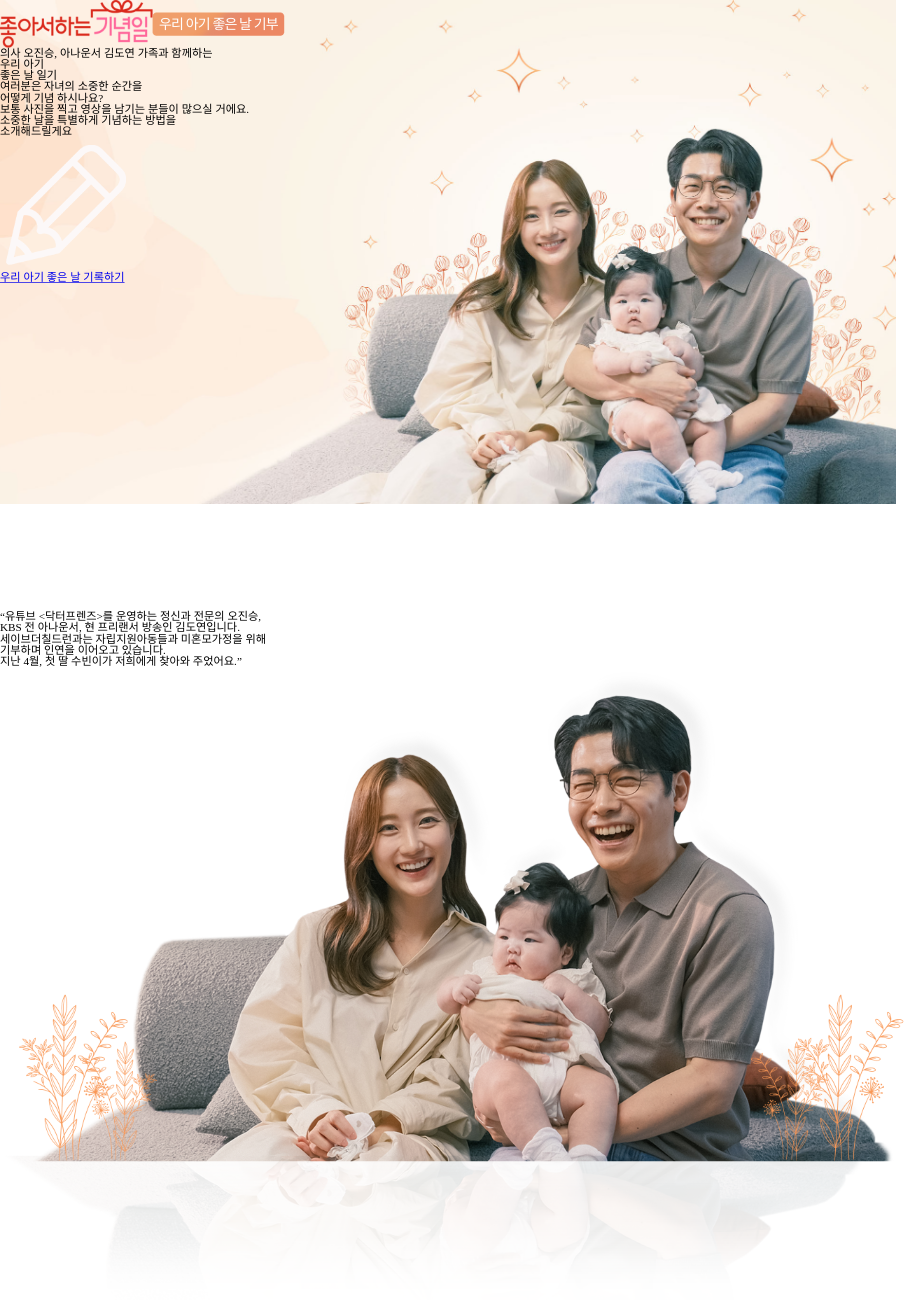
Repository: dlgywls1130/saveTheChildren
Page: index.html
An editor plug-in stored every save of this project. The page is shown before and after the next save, followed by the edit.
The browser window is 1280 px wide. The page is 1293 px wide, so the pictures cover 1293 px, including what lies to the right of the window. The pictures show the part of the page from y = 0 to 1880 px (the page is 9315 px tall), at 70% of full size.
The style sheet was rebuilt from its Sass, Less or Tailwind sources for each picture, by a compiler version that may differ from the author's.

Above is the page before, as saved 2024-11-01 19:17:32.

### index.html
<!DOCTYPE html>
<html lang="en">
<head>
    <meta charset="UTF-8">
    <meta name="viewport" content="width=device-width, initial-scale=1.0">
    <title>Document</title>

    <link rel="stylesheet" href="./css/common.css">
</head>
<body>

    <!-- main -->
    <section class="main_container">
        <div class="container">
            <div class="logo_title">
                <img src="./images/logo.png" alt="logo">
                <p>우리 아기 좋은 날 기부</p>
            </div>

            <p class="sub_title">
                의사 오진승, 아나운서 김도연 가족과 함께하는
            </p>

            <h2>우리 아기<br>좋은 날 일기</h2>

            <p class="sub_span_text">
                여러분은 자녀의 소중한 순간을<br>
                어떻게 기념 하시나요?
            </p>

            <p class="sub_descript">
                보통 사진을 찍고 영상을 남기는 분들이 많으실 거에요. <br>
                <span>소중한 날을 특별하게 기념하는 방법</span>을<br>
                소개해드릴게요
            </p>

            <a href="#" class="record_btn">
                <img src="/images/pencle.png" alt="pencle">
                <p>우리 아기 좋은 날 기록하기</p>
            </a>
        </div>
    </section>

    <!-- 스토리섹션 -->

    <section class="story_section">
        <div class="container">

            <!-- 영상 -->
            <video></video>

            <div class="story_01">
                <p class="s01">
                    “유튜브 <닥터프렌즈>를 운영하는 정신과 전문의 오진승,
                    <br>KBS 전 아나운서, 현 프리랜서 방송인 김도연입니다.
                </p>

                <p class="s01_1">
                    세이브더칠드런과는 자립지원아동들과 미혼모가정을 위해
                    <br>기부하며 인연을 이어오고 있습니다.
                </p>

                <p class="s01_2">
                    지난 4월, 첫 딸 수빈이가 저희에게 찾아와 주었어요.”
                </p>

                <img src="/images/s1_1.png" alt="story">
            </div>


            <div class="story_02">
                <div class="story02_01">
                    <div class="story_image">
                        <img src="/images/s2_1.png" alt="stroy">
                    </div>
                    <div class="story_text-contain">
                        <p class="story_text_01">
                            아이가 태어나고 많은 것이 바뀌었습니다.
                        </p>
                        <p class="story_text_02">
                            사실 저는 아이를 좋아하는 편은 아니었어요.
                            하지만 낳고 처음 마주하는 순간, 생각했어요.
                        </p>
                        <p class="story_text_03">
                            ‘천년의 사랑이 시작되었다.’
                        </p>

                        <p class="story_text_04">
                            지금은 힘들어도 아이 얼굴만 보면 웃음이 나와요.
                        </p>
                    </div>


                </div>
            </div>

            <div class="story_03">
                <div class="story03_01">
                    <div class="story_text-contain">
                        <p class="story_text_01">
                            자신의 자녀를 볼 때 나오는
                            <br>도파민의 양이
                            <br>마음에 드는 이성을 보았을 때
                            <br>나오는 도파민 양의 10배나 된대요.
                        </p>
                        <p class="story_text_02">
                            저는 현재에 안주하며 사는 편이었는데,
                            <br>딸이 태어난 후부터 삶에 대해 더 고민하며
                            <br>잘하려고 노력하게 되더라구요.
                        </p>
                        <p class="story_text_03">
                            아이가 삶의 원동력이 된 셈이죠.
                        </p>

                    </div>

                    <div class="story_image">
                        <img src="/images/s3_1.png" alt="stroy">
                    </div>



                </div>
            </div>

            <div class="story_04">
                <div class="story04_01">

                    <div class="story_image">
                        <img src="/images/s4_1.png" alt="stroy">
                    </div>

                    <div class="story_text-contain">
                        <p class="story_text_01">
                            요즘은 수빈이와 함께
                            <br>놀이터 갈 날을
                            <br>손꼽아 기다리고 있어요.
                        </p>
                        <p class="story_text_02">
                            아직 말귀도 못 알아듣는 아이한테
                            <br>“너 언제 커서 아빠랑 놀이터 갈래?”
                            <br>묻고는 하죠.
                        </p>

                    </div>

                </div>

                <div class="story04_02">

                    <div class="story_text-contain">
                        <p class="story_text_01">
                            한편으로는 아이를 정신없이 키우다 보니
                            <br>탄생의 순간이 희미해지고 있었어요.
                        </p>
                        <p class="story_text_02">
                            우리 아기 좋은 날 캠페인에 참여해서
                            <br>직접 <span>기념일 이야기를 담은 후원감사증서</span>를 받아보니,
                            <br>그때 생각이 나서 너무 좋았어요.
                        </p>

                    </div>

                    <div class="story_image">
                        <img src="/images/s4_2.png" alt="stroy">
                    </div>

                </div>
            </div>

            <div class="story_05">
                <div class="story_05_01">
                    <div class="img_story">
                        <img src="/images/s5_1.png">
                    </div>
                    <div class="story_text">
                        “아이가 건강하게 발달단계를 해내는
                        <br>소중한 순간에 기부를 하면
                        <br>수빈이가 더 건강하고,행복하게
                        <br>자라게 되지 않을까요?
                        <br>
                        <br>소중한 순간마다 기부하고
                        <br>앨범처럼 남겨서 보여주면
                        <br>자랑스러운 부모가 될 것 같아요”
                    </div>
                </div>

                <div class="story_05_02">

                    <div class="story_text">
                        “저는 칭찬 받거나 스스로에게 자부심을
                        <br>느낀 순간은 오래 기억된다고 생각해요.
                        <br>
                        <br>내 아이에게 ‘네가 첫 양치질을 잘 해낸
                        <br>기념으로  다른 친구를 도왔어.’ 라고
                        <br>말해준다면 그 뿌듯함을 밑거름으로
                        <br>자기 자신과 다른 사람 모두 사랑할 수 있는
                        <br>아이로 성장하지 않을까요?”
                    </div>

                    <div class="img_story">
                        <img src="/images/s5_2.png">
                    </div>

                </div>


                <div class="middle_cotain">
                    <p>첫 걸음마, 첫돌, 처음 엄마 아빠를 부른 날, 처음 비를 맞아본 날,
                    처음 놀이터에 간 날, 그 소중한 순간을 기부로 기록해 보세요.</p>

                    <p>후원해주신 모든 분들께 직접 작성한 기념일 이야기가 담긴 <span>후원감사증서</span>를 드리며,
                    30만원 이상 후원해 주신 분들께는 이름을 수놓은 <span>순면거즈블랭킷</span>을 증정하고 있습니다. </p>

                    <div class="middle_image">
                        <div class="middel_left">
                            <img src="/images/s6_1.png">
                        </div>
                        <div class="middel_right">
                            <img src="/images/s6_2.png">
                        </div>

                        <img src="" class="float_image">
                    </div>


                    <a href="#" class="record_btn">
                        <img src="/images/pencle.png" alt="pencle">
                        <p>우리 아기 좋은 날 기록하기</p>
                    </a>
                </div>



            </div>

        </div>


    </section>

    <!-- 후원신청 과정 -->

    <section class="sponsor_section">
        <div class="container">

            <div class="sponsor-container">
                <h2>후원신청 과정</h2>

                <div class="sponsor_list">
                    <div class="sponsor_list_inner">
                        <div class="list-inner-img">
                            <img src="">
                        </div>
                        <p>후원신청하기</p>

                    </div>
                    <span class="arrow-img"><img src=""></span>
                    <div class="sponsor_list_inner">
                        <div class="list-inner-img">
                            <img src="">
                        </div>
                        <p>후원감사증서<br>메시지 적기</p>

                    </div>
                    <span class="arrow-img"><img src=""></span>
                    <div class="sponsor_list_inner">
                        <div class="list-inner-img">
                            <img src="">
                        </div>
                        <p>신청완료</p>

                    </div>
                    <span class="arrow-img"><img src=""></span>
                    <div class="sponsor_list_inner">
                        <div class="list-inner-img">
                            <img src="">
                        </div>
                        <p>후원감사증서 발송<br>(1주일이내)</p>

                    </div>
                </div>

                <p class="info-span">30만원 이상 후원자 분들께는 순면거즈블랭킷 제작을 위한 문자가 별도 발송됩니다. (후원 2-3일 이내)</p>
            </div>


            <div class="sponsor-inner">
                <h2>후원금, 이렇게 쓰여요!</h2>

                <p>
                    세이브더칠드런은 국내외 아동을 대상으로
                    생계지원, 의료지원,  영유아용품지원, 재해재난 상황에서의
                    긴급구호 등의 활동을 진행하고 있습니다.

                    보내주신 후원금은 정치, 종교, 인종에 관계없이
                    모든 아이들을 구해야 한다는  세이브더칠드런의 신념에 따라
                    가장 도움 필요한 아이를 위해 우선 사용됩니다.

                </p>

                <img src="/images/baby.png">
            </div>
        </div>

    </section>

    <!-- faq -->
    <section class="faq_section">
        <div class="container">
            <h2>FAQ</h2>

            <ul class="faq_list">
                <li>
                    <div class="faq_question">
                        <img src="/images/leaves.png">
                        <p>30만원 이상 후원했습니다. 거즈 순면 블랭킷은 언제 오나요?</p>
                    </div>
                    <div class="faq_answer">
                        우리 아기 좋은 날 기부로 30만원 이상 후원자님들께는 담요에 수놓을 아기 이름과 선물 수령 주소
                        확인을 위한 문자가 발송됩니다. 02-6900-4479로 발송되는 문자 속 설문조사에 답해주세요.
                        확인을 완료하신 분들께는 블랭킷 제작을 담당하고 있는 조니 스튜디오에서 아기 이름 자수
                        작업 완료 후 배송해 드립니다.

                    </div>
                </li>
                <li>
                    <div class="faq_question">
                        <img src="/images/leaves.png">
                        <p>순면 거즈 블랭킷, 안전한 제품인가요? </p>
                    </div>
                    <div class="faq_answer">
                        본 블랭킷은 워싱된 3중 거즈로 제작되었으며, KC안전검사를 완료하였습니다.
                        소재 특성상 섬유 조각이 발생할 수 있어 망에 넣지 않고 3번 정도 물빨래 하시는 것을 권장합니다.

                    </div>
                </li>
                <li>
                    <div class="faq_question">
                        <img src="/images/leaves.png">
                        <p>순면 거즈 블랭킷을 받았는 데 하자가 있어요. 어떻게 해야 하나요? </p>
                    </div>
                    <div class="faq_answer">
                        물품에 동봉된 조니스튜디오 연락처로 연락 부탁드립니다. 하자 물품에 대한 교환은 수령일로부터
                        7일 이내에 조니스튜디오에 연락해주셔야 하며, 이로 인한 후원금 환불은 어렵습니다.

                    </div>
                </li>
                <li>
                    <div class="faq_question">
                        <img src="/images/leaves.png">
                        <p>후원감사증서에 넣을 수 있는 사진 사이즈는 얼마인가요?</p>
                    </div>
                    <div class="faq_answer">
                        사진 인화 사이즈 5*7 인치에 맞추어서 제작되었습니다.  그보다 작은 사진일 경우,
                        후원감사증서  내부의 주머니에 넣어 보관하실 수도  있습니다.

                    </div>
                </li>
            </ul>
        </div>
    </section>
</body>
</html>

### css/common.scss
// Reset CSS
@mixin reset {

    html,
    body,
    div,
    span,
    applet,
    object,
    iframe,
    h1,
    h2,
    h3,
    h4,
    h5,
    h6,
    p,
    blockquote,
    pre,
    a,
    abbr,
    acronym,
    address,
    big,
    cite,
    code,
    del,
    dfn,
    em,
    img,
    ins,
    kbd,
    q,
    s,
    samp,
    small,
    strike,
    strong,
    sub,
    sup,
    tt,
    var,
    b,
    u,
    i,
    center,
    dl,
    dt,
    dd,
    ol,
    ul,
    li,
    fieldset,
    form,
    label,
    legend,
    table,
    caption,
    tbody,
    tfoot,
    thead,
    tr,
    th,
    td,
    article,
    aside,
    canvas,
    details,
    embed,
    figure,
    figcaption,
    footer,
    header,
    hgroup,
    menu,
    nav,
    output,
    ruby,
    section,
    summary,
    time,
    mark,
    audio,
    video {
        margin: 0;
        padding: 0;
        border: 0;
        font-size: 100%;
        font: inherit;
        vertical-align: baseline;
    }

    /* HTML5 display-role reset for older browsers */
    article,
    aside,
    details,
    figcaption,
    figure,
    footer,
    header,
    hgroup,
    menu,
    nav,
    section {
        display: block;
    }

    body {
        line-height: 1;
    }

    ol,
    ul {
        list-style: none;
    }

    blockquote,
    q {
        quotes: none;

        &:before,
        &:after {
            content: '';
            content: none;
        }
    }

    table {
        border-collapse: collapse;
        border-spacing: 0;
    }
}

// Container
$container-width: 1315px;

// Colors
$colors: (
    'gray': #535353,
    'black': #020202,
    'brown': #665f5a,
    'teal': #00b2a9,
    'red': #ea4120,
    'bronze': #a56839,
    'olive': #727464,
    'sage': #858770
);

// Margins
$margins: (
    'mb-50': 50px,
    'mb-60': 60px,
    'mb-75': 75px,
    'mb-80' : 80px,
);

// Container Mixin
@mixin container {
    max-width: $container-width;
    margin: 0 auto;
    width: 100%;
}

// Margin Mixins
@each $name, $value in $margins {
    .#{$name} {
        margin-bottom: $value;
    }
}

// Apply Reset
@include reset;


// Base Container
.container {
    @include container;
}

// main

.main_container {
    background: url('/images/main_bg.jpg') no-repeat;
    width: 100vw;
    height: 100vh;
    background-size: cover;
    background-position: center;

    .container {
        .logo_title{
            display: flex;
            align-items: center;
            img{
                width: 218px;
                height: auto;
            }

            p{
                color: #fff;
                font-size: 20px;
                background: url('/images/main_banner.png') no-repeat;
                border-radius: 5px;
                display: flex;
                align-items: center;
                justify-content: center;
                width: 188px;
                height: 33px;
                letter-spacing: -0.06em;
            }

        }
    }
}

After the next save:
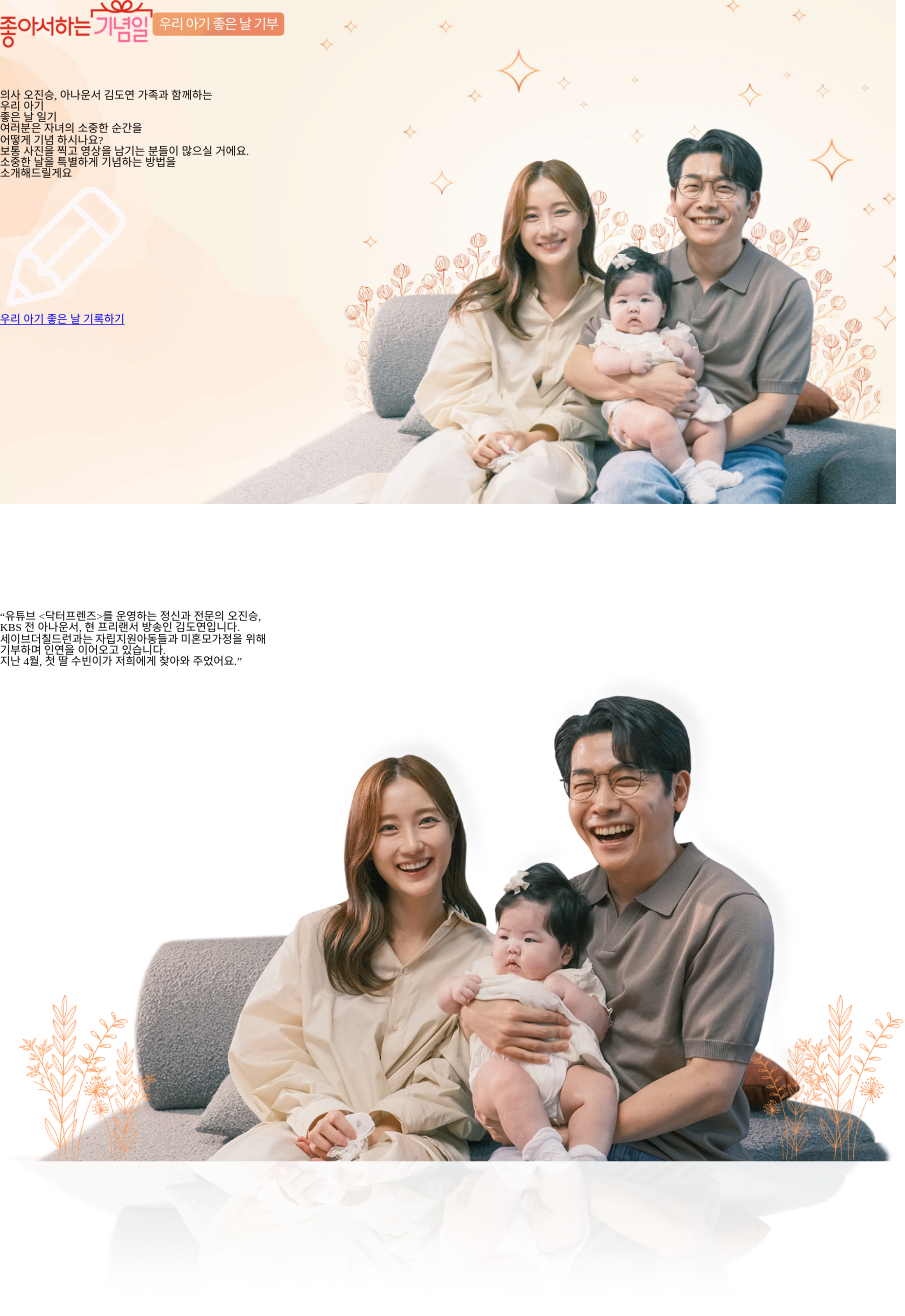
Saved 20 s later.
--- a/index.html
+++ b/index.html
@@ -12,7 +12,7 @@
     <!-- main -->
     <section class="main_container">
         <div class="container">
-            <div class="logo_title">
+            <div class="logo_title mb-60">
                 <img src="./images/logo.png" alt="logo">
                 <p>우리 아기 좋은 날 기부</p>
             </div>
